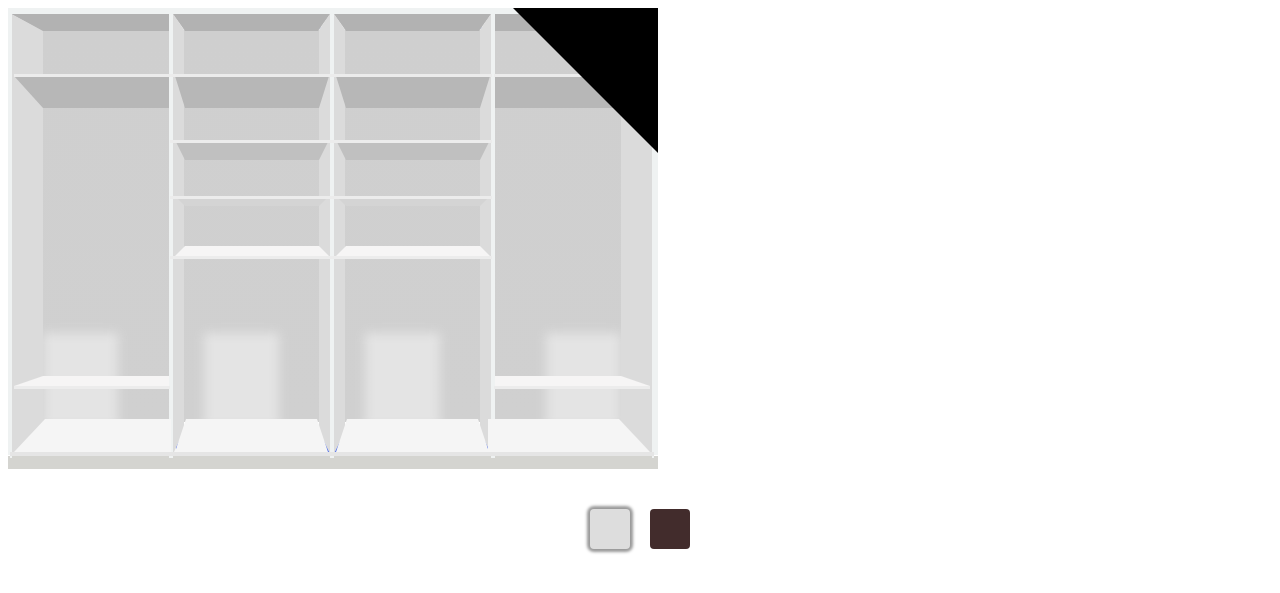
Repository: OlgaMatosova/wardrop
Page: modul.html
The author's editor kept a copy of each file at every save. The page is drawn from the files as they stood at one save, then again after the next save.
The browser window is 1280 px wide. The pictures show the whole page.

Above is the page before, as saved 2020-06-07 12:46:14.

After the next save:
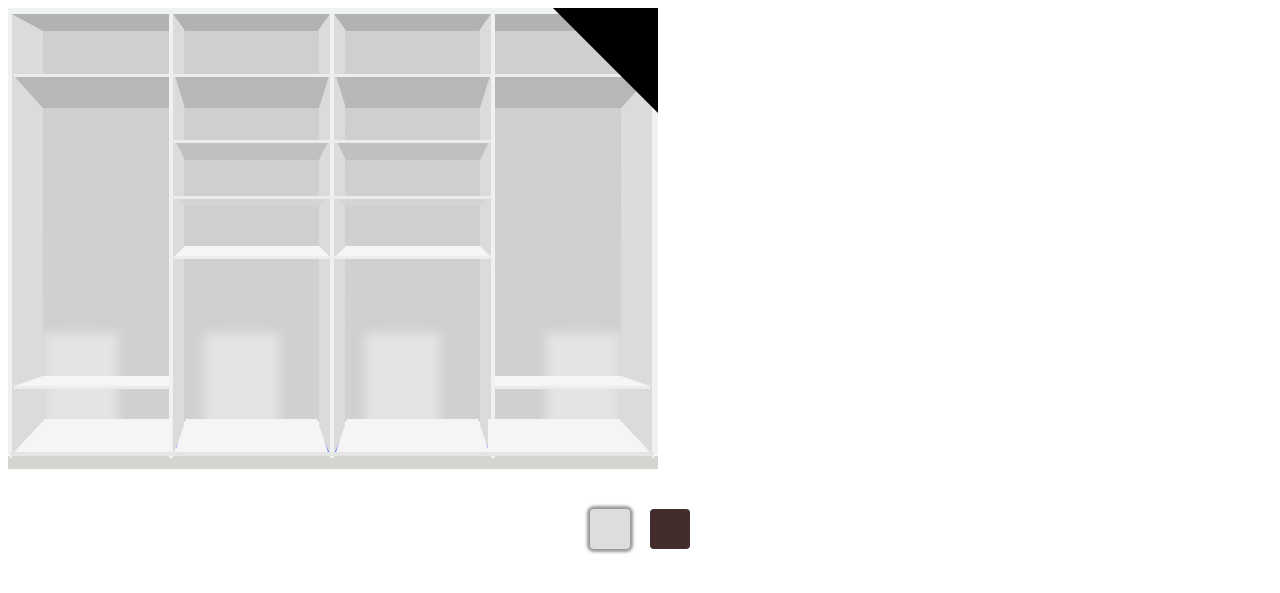
Saved 15 s later.
--- a/modul.html
+++ b/modul.html
@@ -17,9 +17,9 @@
     }
     .closet-divisions:after {
         content: '';
-        border-left: 145px solid transparent;
-        border-top: 145px solid #000;
-        border-bottom: 145px solid transparent;
+        border-left: 105px solid transparent;
+        border-top: 105px solid #000;
+        border-bottom: 105px solid transparent;
         position: absolute;
         top:0;
         right: 0;
